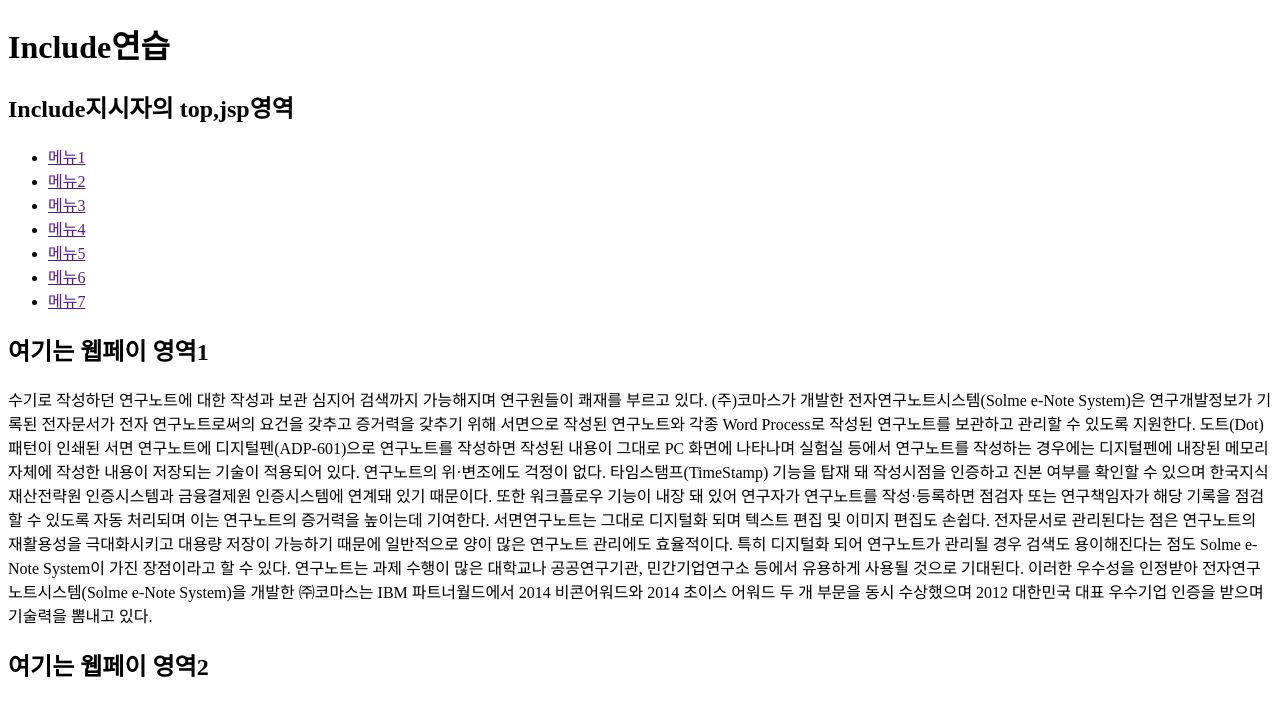
Repository: kol0372/woo
Page: http://localhost/1104/ex1_sample.jsp
An editor plug-in stored every save of this project. The page is shown before and after the next save, followed by the edit.
The browser window is 1280 px wide. The pictures show the whole page.
Some web libraries are served in a nearby version. The page is served by Tomcat 9. Other server files are loaded and not shown.

Above is the page before, as saved 2014-11-04 01:21:59.

### jspworkspace/1104/WebContent/ex1_sample.jsp
<%@ page language="java" contentType="text/html; charset=EUC-KR"
	pageEncoding="EUC-KR"%>
<!--data-->
<!DOCTYPE html>
<html>
<head>
<meta charset="EUC-KR">
<title>Insert title here</title>
<script src="//code.jquery.com/jquery-1.11.0.min.js"></script>
<script src="//code.jquery.com/jquery-migrate-1.2.1.min.js"></script>
<script>

</script>
</head>
<body>
	<div id="wrap">
		<header class="hd">
			<h1>Include연습</h1>
			<h2>Include지시자의 top,jsp영역</h2>
		</header>
		<nav>
			<ul>
				<li><a href="">메뉴1</a></li>
				<li><a href="">메뉴2</a></li>
				<li><a href="">메뉴3</a></li>
				<li><a href="">메뉴4</a></li>
				<li><a href="">메뉴5</a></li>
				<li><a href="">메뉴6</a></li>
				<li><a href="">메뉴7</a></li>

			</ul>
		</nav>
		<article>
			<header>
				<h2>여기는 웹페이 영역1</h2>
			</header>

			<p>수기로 작성하던 연구노트에 대한 작성과 보관 심지어 검색까지 가능해지며 연구원들이 쾌재를 부르고 있다.

				(주)코마스가 개발한 전자연구노트시스템(Solme e-Note System)은 연구개발정보가 기록된 전자문서가 전자
				연구노트로써의 요건을 갖추고 증거력을 갖추기 위해 서면으로 작성된 연구노트와 각종 Word Process로 작성된
				연구노트를 보관하고 관리할 수 있도록 지원한다. 도트(Dot) 패턴이 인쇄된 서면 연구노트에 디지털펜(ADP-601)으로
				연구노트를 작성하면 작성된 내용이 그대로 PC 화면에 나타나며 실험실 등에서 연구노트를 작성하는 경우에는 디지털펜에 내장된
				메모리 자체에 작성한 내용이 저장되는 기술이 적용되어 있다. 연구노트의 위·변조에도 걱정이 없다.
				타임스탬프(TimeStamp) 기능을 탑재 돼 작성시점을 인증하고 진본 여부를 확인할 수 있으며 한국지식재산전략원
				인증시스템과 금융결제원 인증시스템에 연계돼 있기 때문이다. 또한 워크플로우 기능이 내장 돼 있어 연구자가 연구노트를
				작성·등록하면 점검자 또는 연구책임자가 해당 기록을 점검할 수 있도록 자동 처리되며 이는 연구노트의 증거력을 높이는데
				기여한다. 서면연구노트는 그대로 디지털화 되며 텍스트 편집 및 이미지 편집도 손쉽다. 전자문서로 관리된다는 점은 연구노트의
				재활용성을 극대화시키고 대용량 저장이 가능하기 때문에 일반적으로 양이 많은 연구노트 관리에도 효율적이다. 특히 디지털화
				되어 연구노트가 관리될 경우 검색도 용이해진다는 점도 Solme e-Note System이 가진 장점이라고 할 수 있다.

				연구노트는 과제 수행이 많은 대학교나 공공연구기관, 민간기업연구소 등에서 유용하게 사용될 것으로 기대된다. 이러한 우수성을
				인정받아 전자연구노트시스템(Solme e-Note System)을 개발한 ㈜코마스는 IBM 파트너월드에서 2014
				비콘어워드와 2014 초이스 어워드 두 개 부문을 동시 수상했으며 2012 대한민국 대표 우수기업 인증을 받으며 기술력을
				뽐내고 있다.</p>
			<section>
				<header>
					<h2>여기는 웹페이 영역2</h2>
				</header>
			</section>
		</article>
	</div>
</body>
</html>

After the next save:
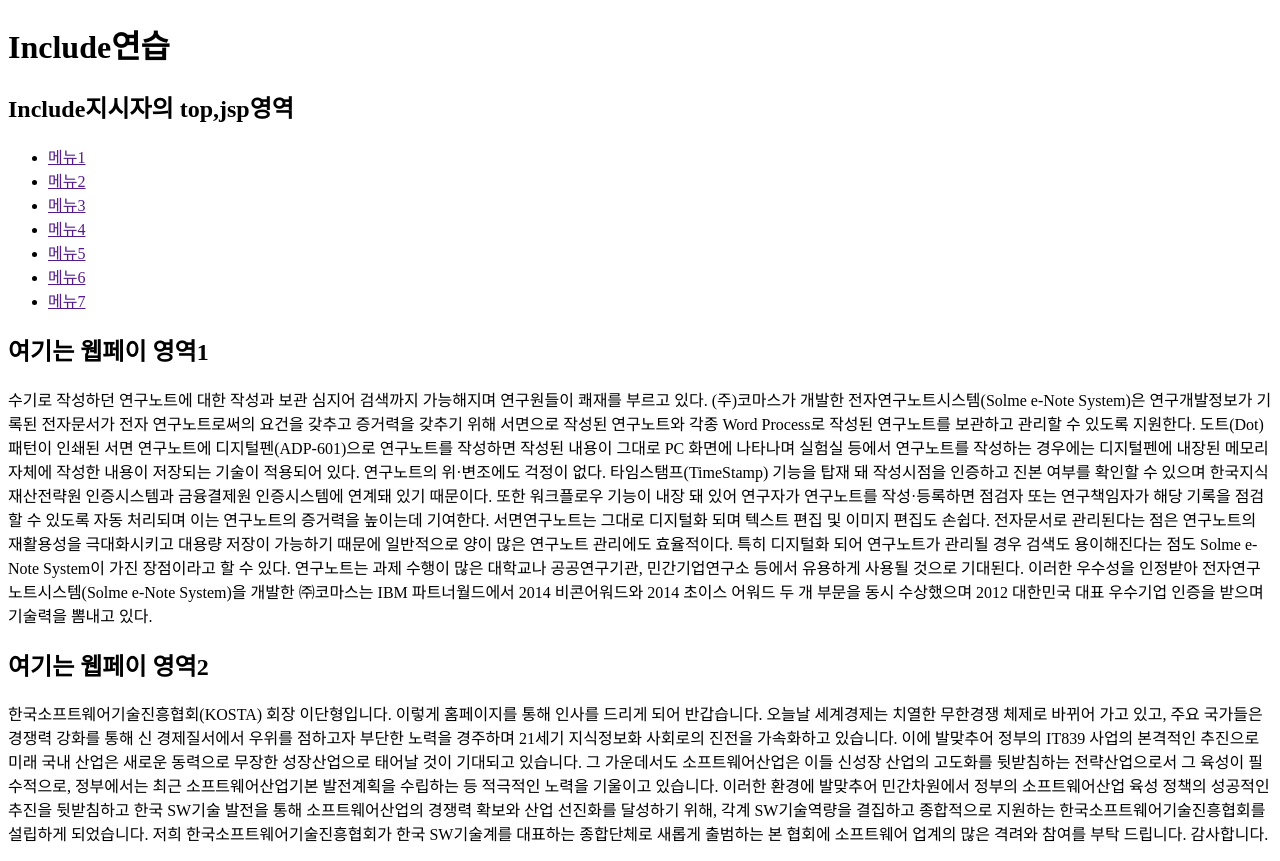
Saved 3 min 50 s later.
--- a/jspworkspace/1104/WebContent/ex1_sample.jsp
+++ b/jspworkspace/1104/WebContent/ex1_sample.jsp
@@ -57,6 +57,17 @@
 				<header>
 					<h2>여기는 웹페이 영역2</h2>
 				</header>
+				<p>한국소프트웨어기술진흥협회(KOSTA) 회장 이단형입니다. 이렇게 홈페이지를 통해 인사를 드리게 되어
+					반갑습니다. 오늘날 세계경제는 치열한 무한경쟁 체제로 바뀌어 가고 있고, 주요 국가들은 경쟁력 강화를 통해 신
+					경제질서에서 우위를 점하고자 부단한 노력을 경주하며 21세기 지식정보화 사회로의 진전을 가속화하고 있습니다. 이에
+					발맞추어 정부의 IT839 사업의 본격적인 추진으로 미래 국내 산업은 새로운 동력으로 무장한 성장산업으로 태어날 것이
+					기대되고 있습니다. 그 가운데서도 소프트웨어산업은 이들 신성장 산업의 고도화를 뒷받침하는 전략산업으로서 그 육성이
+					필수적으로, 정부에서는 최근 소프트웨어산업기본 발전계획을 수립하는 등 적극적인 노력을 기울이고 있습니다. 이러한 환경에
+					발맞추어 민간차원에서 정부의 소프트웨어산업 육성 정책의 성공적인 추진을 뒷받침하고 한국 SW기술 발전을 통해
+					소프트웨어산업의 경쟁력 확보와 산업 선진화를 달성하기 위해, 각계 SW기술역량을 결집하고 종합적으로 지원하는
+					한국소프트웨어기술진흥협회를 설립하게 되었습니다. 저희 한국소프트웨어기술진흥협회가 한국 SW기술계를 대표하는 종합단체로
+					새롭게 출범하는 본 협회에 소프트웨어 업계의 많은 격려와 참여를 부탁 드립니다. 감사합니다.</p>
+
 			</section>
 		</article>
 	</div>
